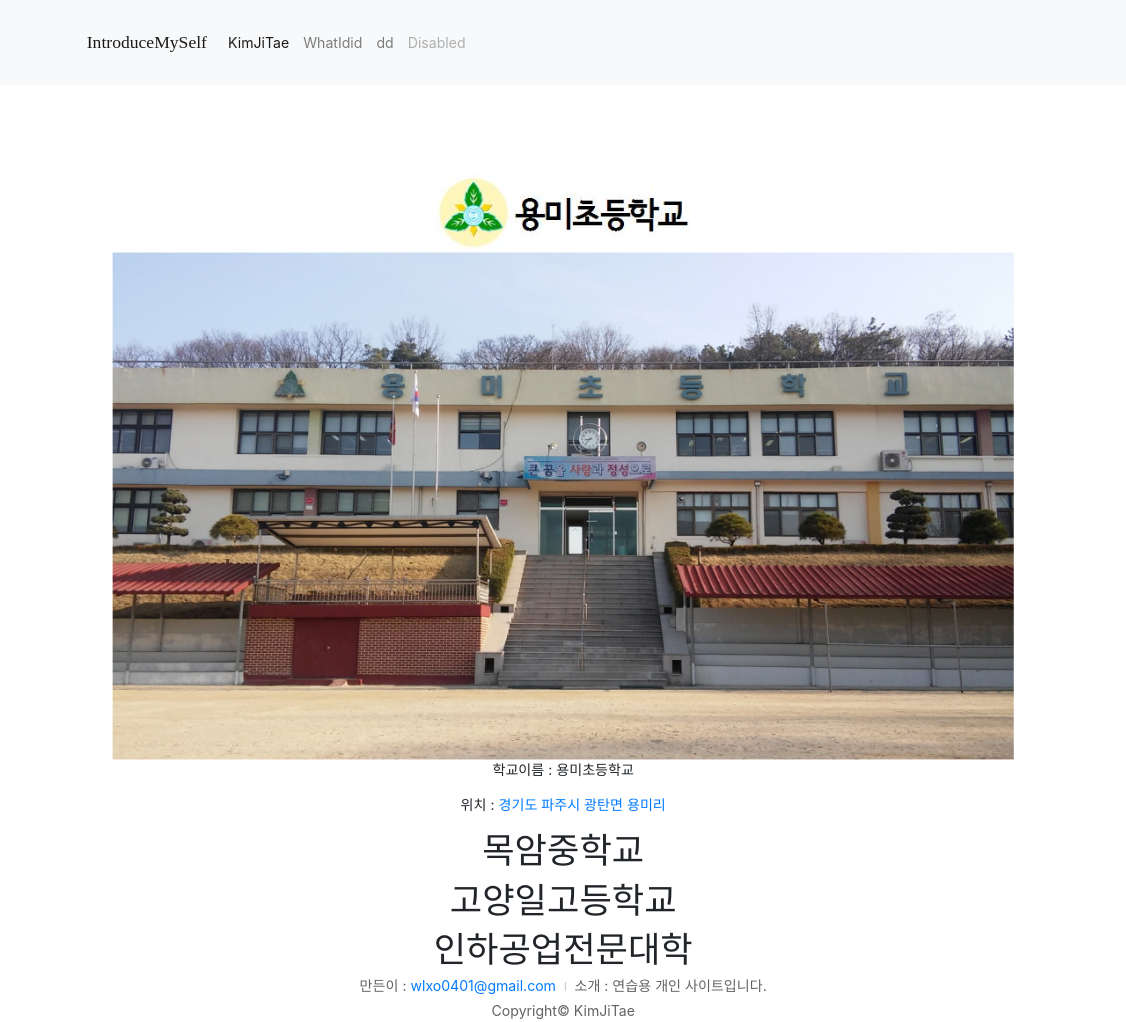
Repository: wlxo0401/IntroduveMySelf
Page: IntroduceMySelf/WebContent/KimJiTae.html
An editor plug-in stored every save of this project. The page is shown before and after the next save, followed by the edit.
The browser window is 1280 px wide. The pictures show the whole page, at 88% of full size.

Above is the page before, as saved 2020-03-11 06:50:58.

After the next save:
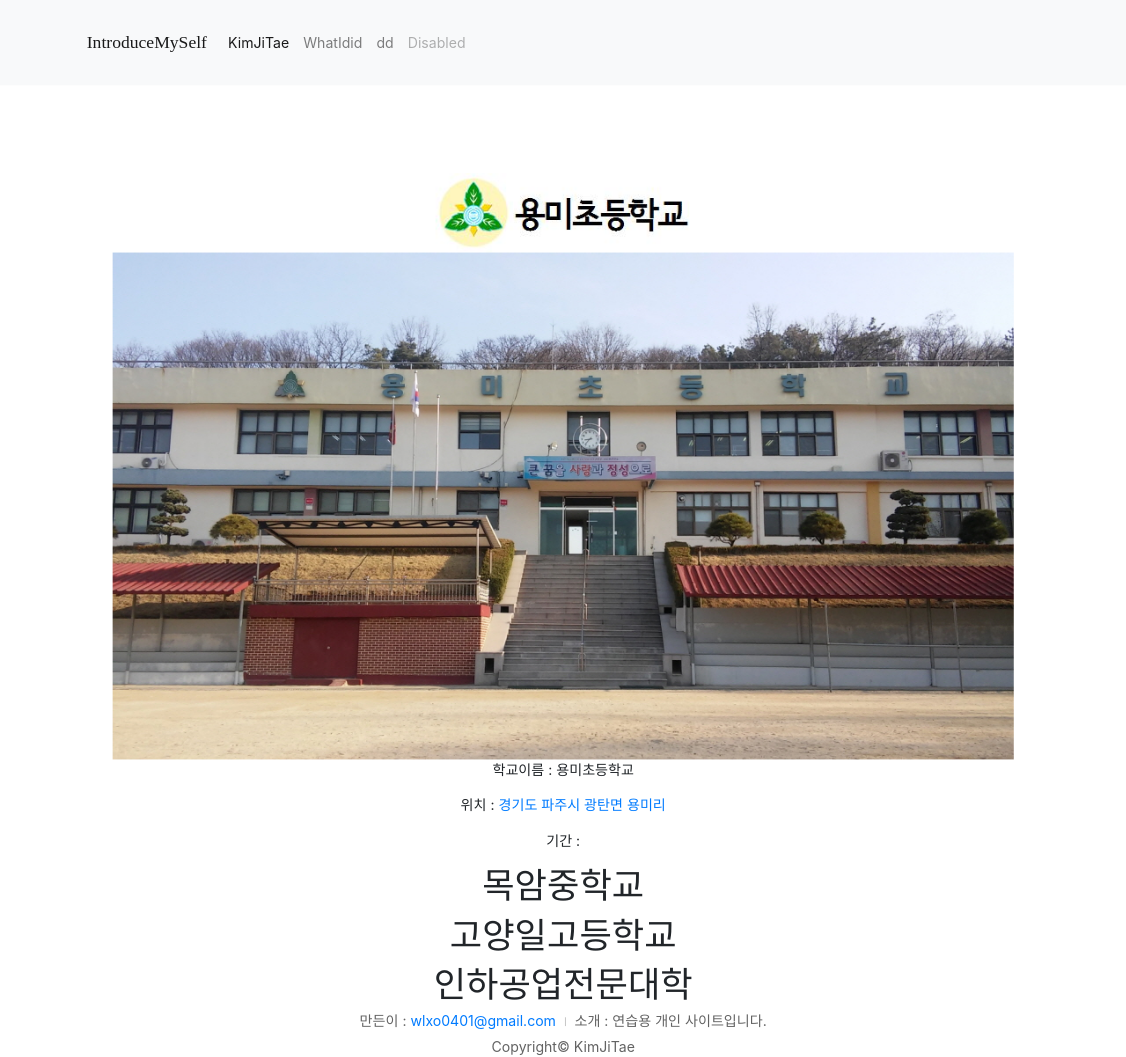
Saved 59 s later.
--- a/IntroduceMySelf/WebContent/KimJiTae.html
+++ b/IntroduceMySelf/WebContent/KimJiTae.html
@@ -47,6 +47,7 @@
 			<img src="img/espic.jpg" alt="My Image">
 			<p>학교이름 : 용미초등학교</p>
 			<p>위치 : <a href='http://naver.me/F72uX0N2'>경기도 파주시 광탄면 용미리</a> </p>
+			<p>기간 :
 		</div>
 
 
